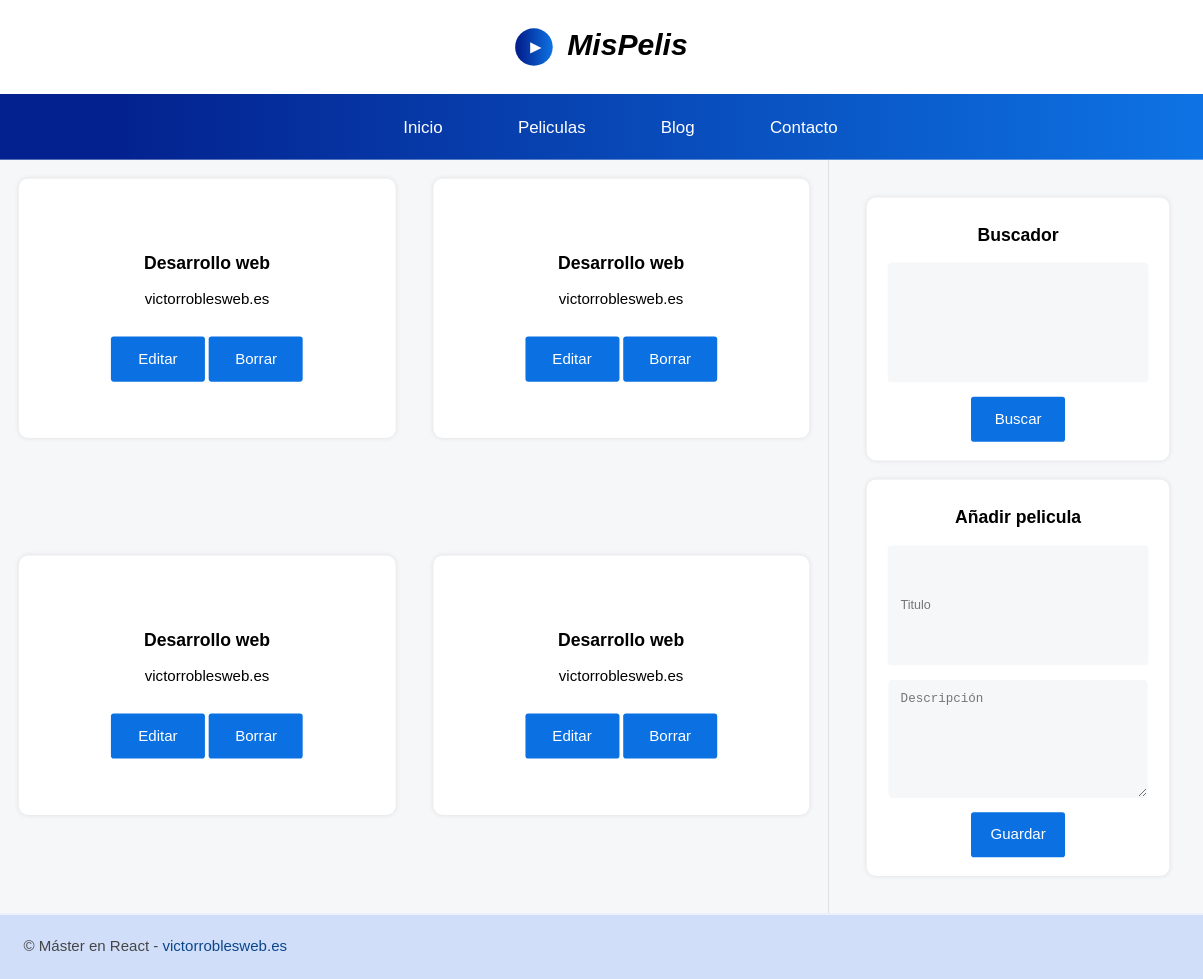
Repository: DamianBermudez94/proyecto-peliculas
Page: index.html
An editor plug-in stored every save of this project. The page is shown before and after the next save, followed by the edit.
The browser window is 1280 px wide. The pictures show the whole page, at 94% of full size.

Above is the page before, as saved 2023-04-19 23:08:45.
Not found: js/main.js

### index.html
<!DOCTYPE html>
<html lang="es">
<head>
    <meta charset="UTF-8">
    <meta http-equiv="X-UA-Compatible" content="IE=edge">
    <meta name="viewport" content="width=device-width, initial-scale=1.0">
    <link rel="stylesheet" href="styles/style.css" />
    <script src="js/main.js" type="module" defer></script>
    <title>Proyecto con Víctor Robles WEB</title>
</head>
<body>

    <div class="layout">
        <!--Cabecera-->
        <header class="header">
            <div class="logo">
                <div class="play"></div>
            </div>

            <h1>MisPelis</h1>
        </header>

        <!--Barra de navegación-->
        <nav class="nav">
            <ul>
                <li><a href="#">Inicio</a></li>
                <li><a href="#">Peliculas</a></li>
                <li><a href="#">Blog</a></li>
                <li><a href="#">Contacto</a></li>
            </ul>
        </nav>

        <!--Contenido principal-->
        <section id="content" class="content">

            <!--aqui van las peliculas-->
            <article class="peli-item">
                <h3 class="title">Desarrollo web</h3>
                <p class="description">victorroblesweb.es</p>

                <button class="edit">Editar</button>
                <button class="delete">Borrar</button>
            </article>

            <article class="peli-item">
                <h3 class="title">Desarrollo web</h3>
                <p class="description">victorroblesweb.es</p>

                <button class="edit">Editar</button>
                <button class="delete">Borrar</button>
            </article>

            <article class="peli-item">
                <h3 class="title">Desarrollo web</h3>
                <p class="description">victorroblesweb.es</p>

                <button class="edit">Editar</button>
                <button class="delete">Borrar</button>
            </article>

            <article class="peli-item">
                <h3 class="title">Desarrollo web</h3>
                <p class="description">victorroblesweb.es</p>

                <button class="edit">Editar</button>
                <button class="delete">Borrar</button>
            </article>

        </section>

        <!--Barra lateral-->
        <aside class="lateral">
            <div class="search">
                <h3 class="title">Buscador</h3>
                <form>
                    <input type="text" id="search_field" />
                    <button id="search">Buscar</button>
                </form>
            </div>

            <div class="add">
                <h3 class="title">Añadir pelicula</h3>
                <form>
                    <input type="text" id="title" placeholder="Titulo" />
                    <textarea id="description" placeholder="Descripción"></textarea>
                    <input type="submit" id="save" value="Guardar" />
                </form>
            </div>
        </aside>

        <!--Pie de página-->
        <footer class="footer">
            &copy; Máster en React - <a href="https://victorroblesweb.es">victorroblesweb.es</a>
        </footer>

    </div>


</body>
</html>

### styles/style.css
/*ESTILOS GENERALES*/

body{
    background: #d1defa;
    font-family: sans-serif, Arial, Helvetica;
    text-align: center;
    padding: 0px;
    margin: 0px;
    box-sizing: border-box;
}

.layout{
    width: 100%;
    height: auto;
    display: grid;
    grid-template-areas:
        "header header header header"
        "nav nav nav nav"
        "content content content lateral"
        "footer footer footer footer"
    ;
    grid-template-rows: 100px 70px auto 70px;
}

/*ESTILOS CABECERA*/

.header{
    grid-area: header;

    background: white;
    text-align: left;
    font-style: italic;

    display: flex;
    justify-content: center;
}

.logo{
    background: linear-gradient(90deg, #03228f 10%, #0e73e4 100%);
    width: 40px;
    height: 40px;
    border-radius: 300px;
    margin-top: 30px;
}

.play{
    width: 0;
    height: 0;
    margin-top: 15px;
    margin-left: 16px;
    border-left: 12px solid white;
    border-top: 6px solid transparent;
    border-bottom: 6px solid transparent;
}

.header h1{
    margin-left: 15px;
    margin-top: 30px;
}

/*ESTILOS DE LA BARRA DE NAVEGACIÓN*/

.nav{
    grid-area: nav;
    background: linear-gradient(90deg, #03228f 10%, #0e73e4 100%);
}

.nav > ul {
    display: flex;
    justify-content: center;
    align-items: center;
    list-style: none;
}

.nav li{
    padding: 10px;
}

.nav a {
    display: block;
    margin-left: 30px;
    margin-right: 30px;
    font-size: 18px;
    font-weight: lighter;
    color: white;
    text-decoration: none;
    transition: all 300ms;
}

.nav a:hover{
    transform: scale(1.1, 1.1);
}

/*ESTILOS PARA EL CONTENIDO PRINCIPAL*/

.content{
    grid-area: content;
    background: #f6f7f9;

    display: flex;
    flex-flow: row wrap;
    justify-content: flex-start;
    align-items: flex-start;
    flex-grow: 1;
}

.peli-item{
    flex-grow: 1;
    background: white;
    border-radius: 10px;
    box-shadow: 0px 0px 6px #ddd;
    margin: 20px;
    padding-top: 60px;
    padding-bottom: 60px;
    padding-left: 25px;
    padding-right: 25px;
}

button,
input[type="submit"],
input[type="button"]{
    width: 100px;
    background: #0b70e1;
    color: white;
    border: 0;
    outline: 0;
    padding:15px;
    border-radius: 3px;
    margin-top:15px;
    text-transform: capitalize;
    font-size: 16px;
    font-weight: 500;
    cursor: pointer;
    transition: all 300ms;
}

.peli-item .edit:hover{
    background: #e77b00;
}

.peli-item .delete:hover{
    background: #9b0202;
}

/*ESTILOS BARRA LATERAL*/

.lateral{
    grid-area: lateral;
    background: #f6f7f9;
    border-left: 1px solid #ddd;
    padding: 20px;
}

.lateral > div{
    box-sizing: border-box;
    width: 90%;
    margin: 20px;
    padding: 20px;
    padding-top: 10px;
    background: white;
    border-radius: 10px;
    box-shadow: 0px 0px 6px #ddd;
}

.lateral input[type="text"],
.lateral input[type="text"],
.lateral textarea,
.edit_form input[type="text"],
.edit_form input[type="text"],
.edit_form textarea
{
    display: block;
    margin: 0 auto;
    margin-top: 15px;
    padding: 12px;
    border-radius: 5px;
    background: #f6f7f9;
    color: #454545;
    width: 80%;
    max-width: 250px;
    min-width: 250px;
    min-height: 100px;
    max-height: 250px;
    opacity: 4;
    outline: 0;
    border-color: transparent;
}

.edit_form{
    border-top: 1px solid #ddd;
    margin-top: 10px;
}

/*ESTILOS PARA EL PIE DE PÁGINA*/
.footer{
    grid-area: footer;

    background: #d1defa;
    color: #454545;
    border-top: 1px solid white;
    text-align: left;
    line-height: 68px;
    padding-left: 25px;
}

.footer a{
    color: #0b468a;
    text-decoration: none;
}

@media (max-width: 1085px){
    .content {
        flex-flow: column wrap;
        justify-content: center;
        align-items: center;
    }

    .peli-item{
        width: 80%;
    }
}

After the next save:
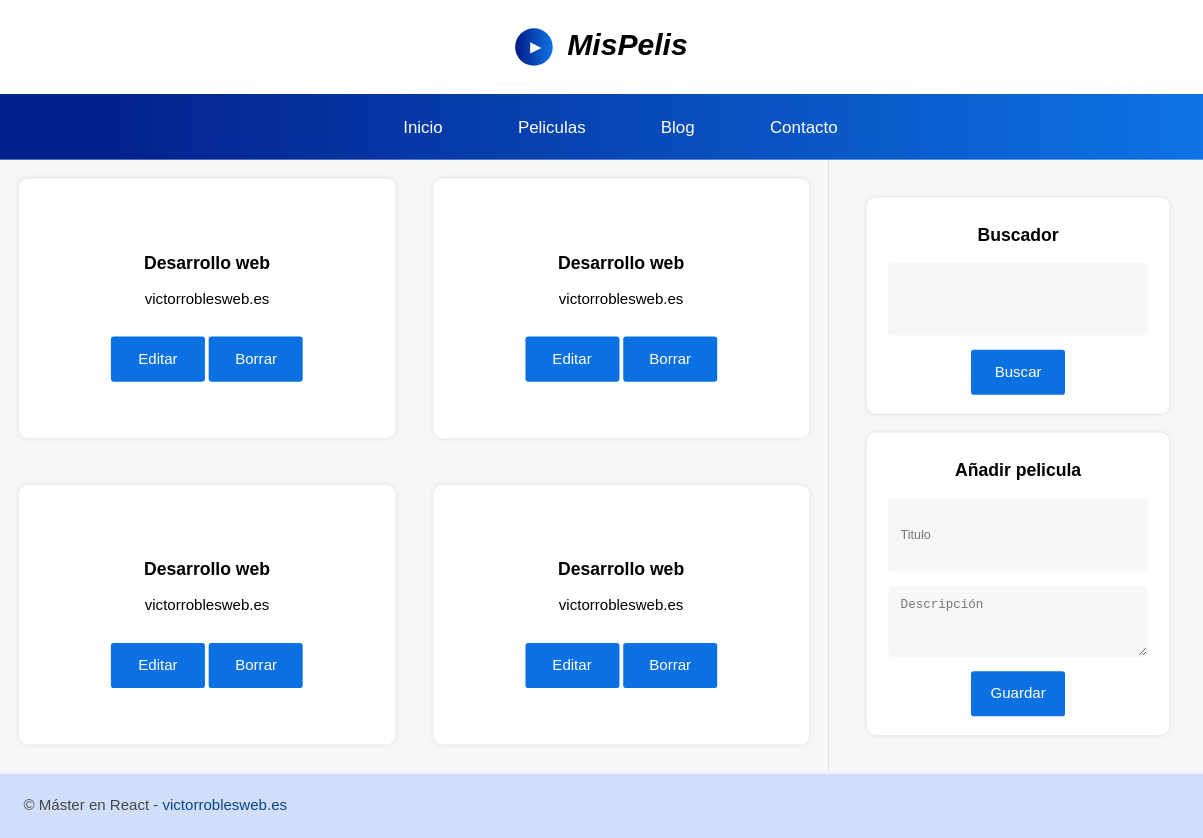
Saved 8 s later.
--- a/styles/style.css
+++ b/styles/style.css
@@ -179,7 +179,7 @@ input[type="button"]{
     width: 80%;
     max-width: 250px;
     min-width: 250px;
-    min-height: 100px;
+    min-height: 50px;
     max-height: 250px;
     opacity: 4;
     outline: 0;
